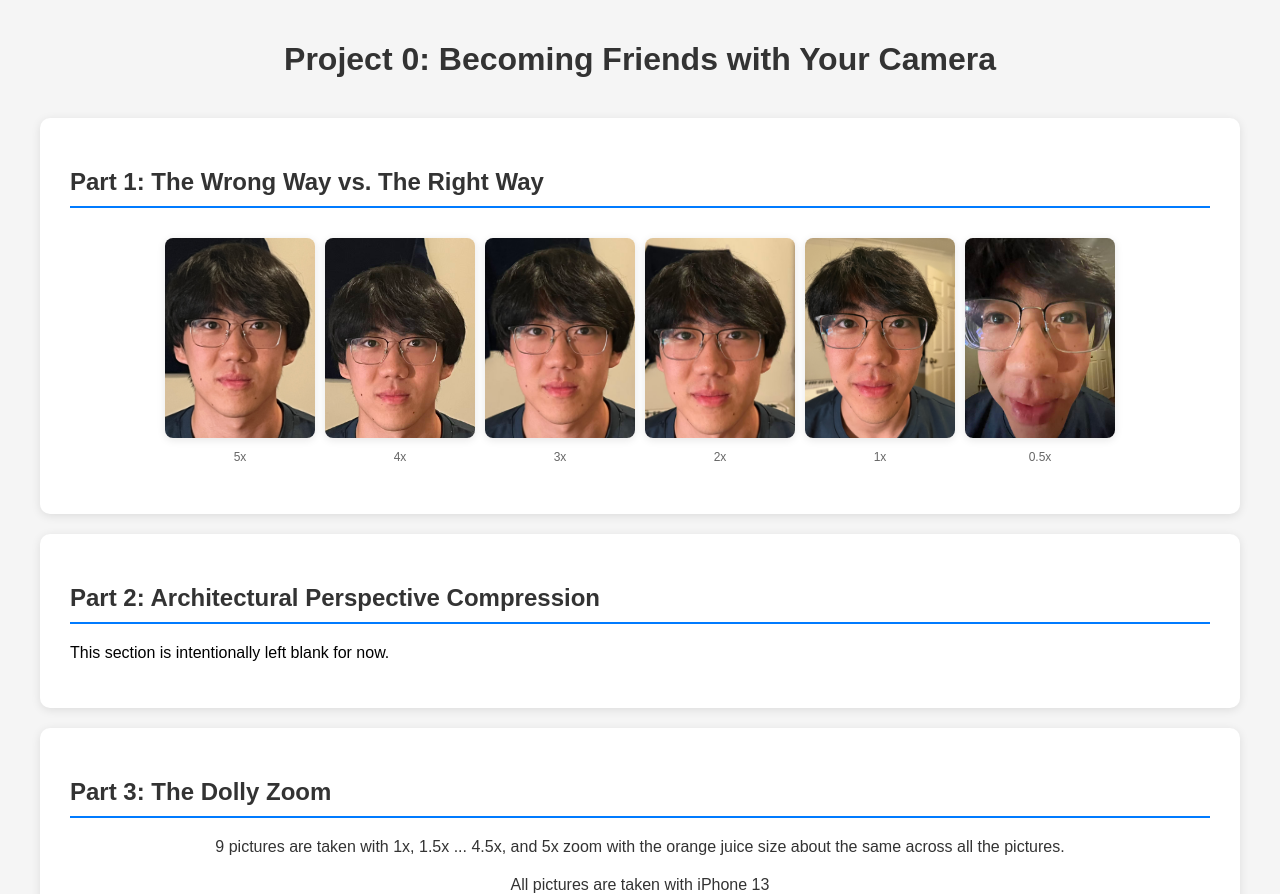
Repository: shuo-yuan/shuo-yuan.github.io
Page: 0/index.html
These files come from the project's save history. The page is drawn as it stood at one moment and after a run of saves; the edit follows.
The browser window is 1280 px wide. The pictures show the part of the page from y = 0 to 894 px (the page is 1288 px tall before and 1326 px after).
A picture or video elsewhere on the page could not be fetched, so the positions and the page height are approximate.

Above is the page before, as saved 2025-09-02 02:23:49.

After the next 2 saves:
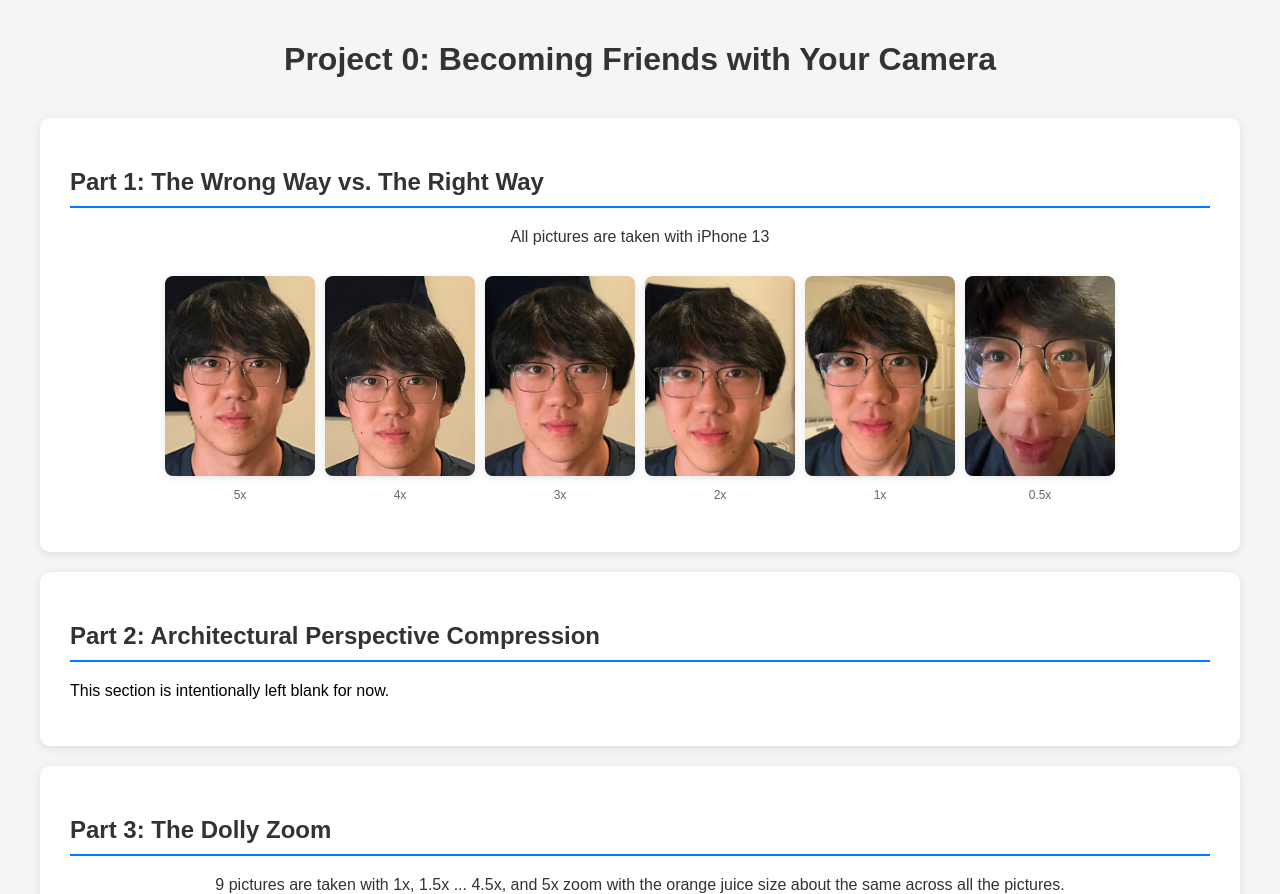
The 2 saves are shown as one change because they came seconds apart.
The last was saved 20 s later.
--- a/0/index.html
+++ b/0/index.html
@@ -86,6 +86,7 @@
 
     <div class="part part1">
         <h2>Part 1: The Wrong Way vs. The Right Way</h2>
+        <p style="text-align: center; margin-bottom: 20px; color: #333; font-size: 16px;">All pictures are taken with iPhone 13</p>
         <div class="selfie-row">
             <div class="selfie-item">
                 <img src="media/selfie_5.jpg" alt="Selfie 5x">
